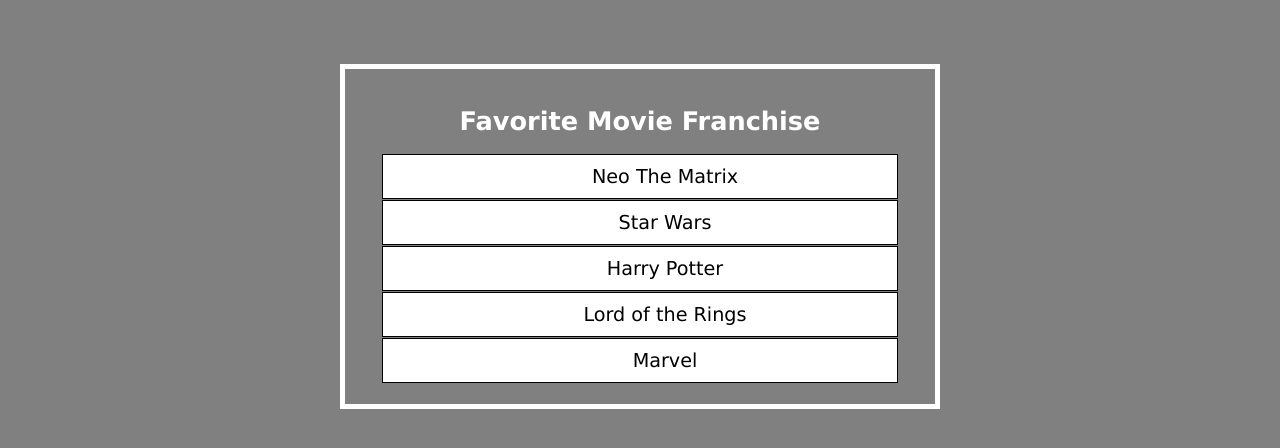
Repository: wakoya-tech/react-project
Page: Desktop/shaakala/jaal/index.html
The author's editor kept a copy of each file at every save. The page is drawn from the files as they stood at one save, then again after the next save.
The browser window is 1280 px wide. The pictures show the whole page.

Above is the page before, as saved 2025-08-29 09:36:07.

### Desktop/shaakala/jaal/index.html
<!DOCTYPE html>
<html lang="en">
<head>
  <meta charset="UTF-8">
  <meta name="viewport" content="width=device-width, initial-scale=1.0">
  <title>Responsive Box Example</title>
  <style>
    * {
      box-sizing: border-box;
    }

    body {
      font-family: Verdana, Geneva, Tahoma, sans-serif;
      background: gray;
      margin: 0;
    }

    .container {
      display: flex;
      flex-direction: column;
      justify-content: center;
      align-items: center;
      border: 5px solid white;
      padding: 20px;
      margin: 5% auto;
      width: 80%;
      max-width: 600px;
    }

    ul {
      list-style: none;
      padding: 0;
      margin: 0;
    }

    #main-heading {
      font-size: clamp(18px, 2vw, 32px);
      color: white;
    }

    .list-items {
        display: block;
      font-size: clamp(16px, 1.5vw, 24px);
      border: 1px solid black;
      /*padding: 5px 200px;*/
      width: 100%;
      padding: 10px 150px 10px 200px ;
      background-color: white;
     text-align: center;
      margin: 1px 0;
      overflow: hidden;


    }
  </style>
</head>
<body>
  <div class="container">
    <h1 id="main-heading">Favorite Movie Franchise</h1>
    <ul>
      <li class="list-items">
        <span>Neo </span>The Matrix</li>
      <li class="list-items">Star Wars</li>
      <li class="list-items">Harry Potter</li>
      <li class="list-items">Lord of the Rings</li>
      <li class="list-items">Marvel</li>
    </ul>
  </div>
  <script src="../jaal/script.js"></script>
</body>
</html>

### Desktop/shaakala/jaal/script.js
/*const title = document.querySelector('#main-heading');
title.style.color = 'red';
console.log(title);
const listitems = document.querySelectorAll('.list-items');
for(i=0; i < listitems.length; i++)
{
  listitems[i].style.fontSize = '1rem';
}
/*
console.log(listitems);*
/*
const ul = document.querySelector('ul');
const li= document.createElement('li');
ul.append(li)
*/
/*const firstListitems = document.querySelector('.list-items');
console.log(firstListitems.innerText);
console.log(firstListitems.textContent);
console.log(firstListitems.innerHTML);*/
/*
li.innerText = 'x-men';
*/
/*li.setAttribute('id','main-heading');
li.removeAttribute('id');
const title = document.querySelector('#main-heading')
console.log(title.getAttribute('id'));
*/
/*li.classList.add('list-items')
console.log(li.classList.contains('list-items'));
//Remove Elements
li.remove();*/
//console.log(ul.parentNode.style="red");
//console.log(ul.parentElement.parentElement);
//const html =document.documentElement;
//console.log(html.parentNode);
/*let ul = document.querySelector('ul');
console.log(ul.childNodes);
console.log(ul.firstChild);
console.log(ul.lastChild);
ul.childNodes[1].style.background = 'blue';
*/
let ul = document.querySelector('ul');
console.log(ul.children);
console.log(ul.firstElementChild);
console.log(ul.lastElementChild);

After the next save:
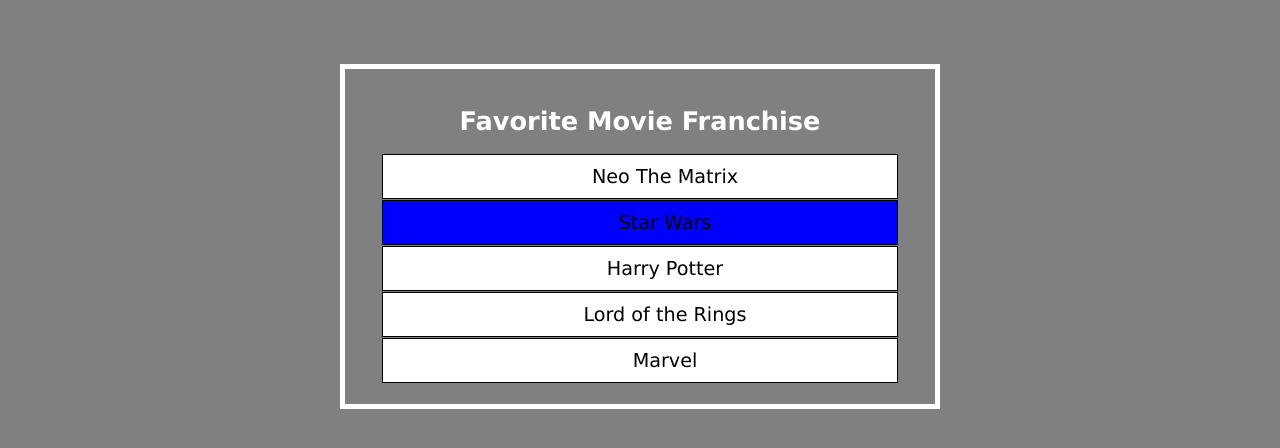
Saved 44 s later.
--- a/Desktop/shaakala/jaal/script.js
+++ b/Desktop/shaakala/jaal/script.js
@@ -40,6 +40,6 @@ console.log(ul.lastChild);
 ul.childNodes[1].style.background = 'blue';
 */
 let ul = document.querySelector('ul');
-console.log(ul.children);
+console.log(ul.children[1].style.backgroundColor='blue');
 console.log(ul.firstElementChild);
 console.log(ul.lastElementChild);
